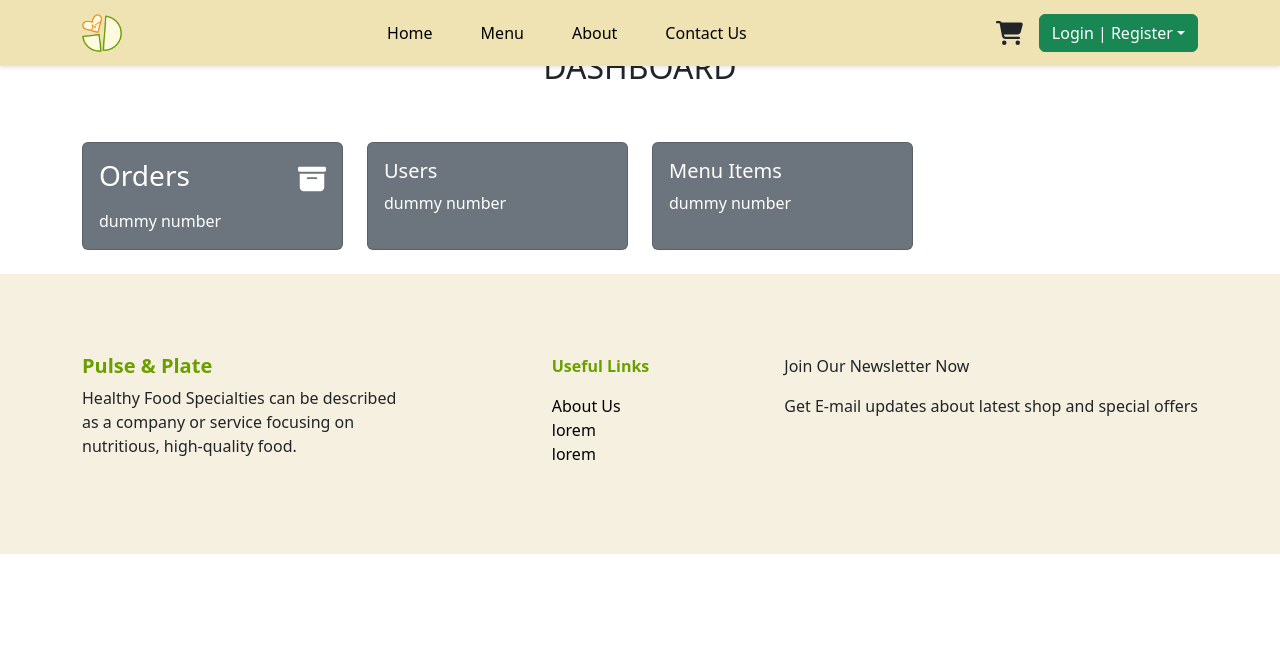
Repository: zeinawady/Pulse-and-Plate
Page: /dashboard
These files come from the project's save history. The page is drawn as it stood at one moment and after a run of saves; the edit follows.
The browser window is 1280 px wide. The pictures show the whole page.
The project was rebuilt for these pictures with package versions that can differ from the ones it lists, and the page was loaded fresh each time. Also part of the build but not shown: src/components/Main/Main.css, src/components/Main/Main.js, src/components/Menu/MealCard.css, src/components/Menu/MealCard.js, src/components/Menu/Categories.css, src/components/Menu/Categories.js, src/components/Menu/Menu.css, src/components/Menu/Menu.js and 21 more.

Above is the page before, as saved 2025-05-15 18:52:00.

### public/index.html
<!DOCTYPE html>
<html lang="en">
  <head>
    <meta charset="utf-8" />
    <link rel="icon" href="%PUBLIC_URL%/images/logo-trans.png" />
    <meta name="viewport" content="width=device-width, initial-scale=1" />
    <meta name="theme-color" content="#000000" />
    <meta
      name="description"
      content="Web site created using create-react-app"
    />
    <link rel="apple-touch-icon" href="%PUBLIC_URL%/images/logo-trans.png" />
    <!--
      manifest.json provides metadata used when your web app is installed on a
      user's mobile device or desktop. See https://developers.google.com/web/fundamentals/web-app-manifest/
    -->
    <link rel="manifest" href="%PUBLIC_URL%/manifest.json" />
    <!--
      Notice the use of %PUBLIC_URL% in the tags above.
      It will be replaced with the URL of the `public` folder during the build.
      Only files inside the `public` folder can be referenced from the HTML.

      Unlike "/favicon.ico" or "favicon.ico", "%PUBLIC_URL%/favicon.ico" will
      work correctly both with client-side routing and a non-root public URL.
      Learn how to configure a non-root public URL by running `npm run build`.
    -->
    <title>Pulse And Plate</title>
  </head>
  <body>
    <noscript>You need to enable JavaScript to run this app.</noscript>
    <div id="root"></div>
    <!--
      This HTML file is a template.
      If you open it directly in the browser, you will see an empty page.

      You can add webfonts, meta tags, or analytics to this file.
      The build step will place the bundled scripts into the <body> tag.

      To begin the development, run `npm start` or `yarn start`.
      To create a production bundle, use `npm run build` or `yarn build`.
    -->
  </body>
</html>

### src/index.js
import React from 'react';
import ReactDOM from 'react-dom/client';
import './index.css';
import App from './App';
import reportWebVitals from './reportWebVitals';
import 'bootstrap/dist/css/bootstrap.min.css';
import '@fortawesome/fontawesome-free/css/all.min.css';
import 'bootstrap/dist/css/bootstrap.min.css';
import './fontAwesome';
import { BrowserRouter } from 'react-router-dom';

const root = ReactDOM.createRoot(document.getElementById('root'));
root.render(
  <React.StrictMode>
    <BrowserRouter>
      <App />
    </BrowserRouter>
  </React.StrictMode>
);

// If you want to start measuring performance in your app, pass a function
// to log results (for example: reportWebVitals(console.log))
// or send to an analytics endpoint. Learn more: https://bit.ly/CRA-vitals
reportWebVitals();

### src/App.js
import React from "react";
import "./App.css";
import Home from "./components/Home/Home";
import Footer from "./components/Footer/Footer";
import { Routes, Route } from "react-router-dom";

import Header from "./components/Header/Header";
import About from "./components/About/About";
import Menu from "./components/Menu/Menu";
import ContactUs from "./components/ContactUs/ContactUs";
import Login from "./components/Login/Login";
import SignUp from "./components/SignUp/SignUp";
import UserProfile from "./components/UserProfile/UserProfile";
import { UserProvider } from "./UserContext";
import ProductInfo from "./components/ProductInfo/ProductInfo";
import PaymentPage from "./components/PaymentPage/PaymentPage";
import AdminProfile from "./components/AdminProfile/AdminProfile";
import Dashboard from "./components/Dashboard/Dashboard";

function App() {
  return (
    <UserProvider>
      <div>
        <Header />
        <Routes>
          <Route path="/" element={<Home />} />
          <Route path="/home" element={<Home />} />
          <Route path="/about" element={<About />} />
          <Route path="/menu" element={<Menu />} />
          <Route path="/category" element={<Menu />} />
          <Route path="/login" element={<Login />} />
          <Route path="/register" element={<SignUp />} />
          <Route path="/userAccount" element={<UserProfile />} />
          <Route path="/contactus" element={<ContactUs />} />
          <Route path="/product-info" element={<ProductInfo />} />
          <Route path="/PaymentPage" element={<PaymentPage />} />
          <Route path="/admin-profile" element={<AdminProfile />} />
          <Route path="/dashboard" element={<Dashboard />} />
        </Routes>

        <Footer />
      </div>
    </UserProvider>
  );
}

export default App;

### src/fontAwesome.js
// src/fontAwesome.js
import { library } from '@fortawesome/fontawesome-svg-core';
import {
    faUser,
    faCartShopping,
    faHome,
    faEnvelope,
    faSearch,
    faConciergeBell,
     faPercent,
     faTruckFast,
     faCarrot,
    // Add any other icons you need here
} from '@fortawesome/free-solid-svg-icons';

// Add icons to the library
library.add(
    faUser,
    faCartShopping,
    faHome,
    faEnvelope,
    faSearch,
    faConciergeBell,
    faPercent,
    faTruckFast,
    faCarrot,

    // Add any other icons you need here
);

### src/App.css
@font-face {
  font-family: "Lato";
  src: url("../public/Fonts/Lato/Lato-Black.ttf") format("truetype");
}

:root {
  --primary-color: #6b9f00;
  --secondary-color: #ef9025;
  --light-color: hsl(47, 66%, 82%);
  --text-color: #000000;
  --font-family: "Lato", sans-serif;
  --sections-padding: 5rem;
}

body {
  margin: 0;
  padding: 0;
  border: none !important;
  outline: none !important;
  font-family: var(--font-family);
  font-weight: 500;
  -webkit-font-smoothing: antialiased;
  -moz-osx-font-smoothing: grayscale;
  background-color: #eee;

}
a{
  text-decoration: none;
}

### src/components/Footer/Footer.js
import "../../App";

import "./Footer.css";
import { Container } from "react-bootstrap";
import Button from "react-bootstrap/Button";
import { FontAwesomeIcon } from "@fortawesome/react-fontawesome";


export default function Footer() {
    return (
        <footer>
            <Container fluid="md">
            <div className="wrapper-footer">
                <div className="info">
                    <h5>Pulse & Plate</h5>
                    <p>Healthy Food Specialties can be described as a company or service focusing on nutritious, high-quality food. </p>
                </div>
                <div className="links">
                    <p >Useful Links</p>
                    <a href="#">About Us</a>
                    <a href="#">lorem</a>
                    <a href="#">lorem</a>
                </div>
                <div>
                    <p>Join Our Newsletter Now </p>
                    <p>Get E-mail updates about latest shop and special offers </p>
                </div>
            </div>
            </Container>
        </footer>
    );
}

### src/components/Header/Header.js
import React from 'react';
import './Header.css';
import '../../App';
import { Link, NavLink, useNavigate } from 'react-router-dom';
import { useUser } from "../../UserContext";

// React Bootstrap
import Container from 'react-bootstrap/Container';
import Nav from 'react-bootstrap/Nav';
import Navbar from 'react-bootstrap/Navbar';
import Dropdown from 'react-bootstrap/Dropdown';

// Font Awesome
import { FontAwesomeIcon } from '@fortawesome/react-fontawesome';
import { faCartShopping } from '@fortawesome/free-solid-svg-icons';

export default function Header() {
    const { user, setUser } = useUser();
    const navigate = useNavigate();

    const handleLogout = () => {
        navigate('/login');
        localStorage.removeItem("user");
        localStorage.removeItem("token");
        setUser(null);
    };

    return (
        <Navbar expand="md" className="fixed-top">
            <Container fluid="md">
                <Navbar.Brand as={Link} to="/home">
                    <img
                        src="/images/logo-trans.png"
                        width="40"
                        height="40"
                        className="d-inline-block align-top"
                        alt="React Bootstrap logo"
                    />
                </Navbar.Brand>

                <Navbar.Toggle aria-controls="basic-navbar-nav" />
                <Navbar.Collapse id="basic-navbar-nav">
                    <Nav className="me-auto ms-auto">
                        <Nav.Link as={NavLink} to="/home">Home</Nav.Link>
                        <Nav.Link as={NavLink} to="/menu">Menu</Nav.Link>
                        <Nav.Link as={NavLink} to="/about">About</Nav.Link>
                        <Nav.Link as={NavLink} to="/contactus">Contact Us</Nav.Link>
                    </Nav>

                    <div className="icons d-flex align-items-center gap-3">
                        <FontAwesomeIcon icon={faCartShopping} size="lg" />

                        <Dropdown align="end">
                            <Dropdown.Toggle variant="success" id="dropdown-user">
                                {user?.name ? user.name.split(" ")[0] : "Login | Register"}
                            </Dropdown.Toggle>

                            <Dropdown.Menu>
                                {user?.name ? (
                                    <>
                                        <Dropdown.Item as={Link} to="/userAccount">Profile</Dropdown.Item>
                                        <Dropdown.Item onClick={handleLogout}>Logout</Dropdown.Item>
                                    </>
                                ) : (
                                    <>
                                        <Dropdown.Item as={Link} to="/login">Login</Dropdown.Item>
                                        <Dropdown.Item as={Link} to="/register">Register</Dropdown.Item>
                                    </>
                                )}
                            </Dropdown.Menu>
                        </Dropdown>
                    </div>
                </Navbar.Collapse>
            </Container>
        </Navbar>
    );
}

### src/UserContext.jsx
import { createContext, useContext, useState } from 'react';

const UserContext = createContext();

export function UserProvider({ children }) {
  const [user, setUser] = useState(() => {
    const stored = localStorage.getItem('user');
    return stored ? JSON.parse(stored) : null;
  });

  const updateUser = (updatedUser) => {
    localStorage.setItem('user', JSON.stringify(updatedUser));
    setUser(updatedUser);
  };

  return (
    <UserContext.Provider value={{ user, setUser: updateUser }}>
      {children}
    </UserContext.Provider>
  );
}

export function useUser() {
    return useContext(UserContext);
}

### src/components/Dashboard/Dashboard.js
import React from "react";
import "../../App";
import "./Dashboard.css";
import { BsFillArchiveFill } from "react-icons/bs";
export default function Dashboard() {
  return (
    <div className="main-container container">
      <h2 className="text-center p-5">DASHBOARD</h2>

      <div className="row g-4 mb-4">

        <div className="col-md-3 col-sm-6">
          <div className="card text-white bg-secondary h-100">
            <div className="card-body">
              <div className="card-inner">
                <div className="card-title d-flex justify-content-between">
                  <h3>Orders</h3>
                  <h3 className="card_icon ">
                    <BsFillArchiveFill />
                  </h3>
                </div>
                dummy number
              </div>
            </div>
          </div>
        </div>
        <div className="col-md-3 col-sm-6">
          <div className="card text-white bg-secondary h-100">
            <div className="card-body">
              <h5 className="card-title">Users</h5>
              <p className="card-text">dummy number</p>
            </div>
          </div>
        </div>

        <div className="col-md-3 col-sm-6">
          <div className="card text-white bg-secondary h-100">
            <div className="card-body">
              <h5 className="card-title">Menu Items</h5>
              <p className="card-text">dummy number</p>
            </div>
          </div>
        </div>
      </div>
    </div>
  );
}

### src/components/Footer/Footer.css
footer{
    background-color: hsla(47, 53%, 90%, 0.822);
    padding-block-start: var(--sections-padding);
    padding-block-end: var(--sections-padding);
}
.wrapper-footer{
    display: flex;
    justify-content: space-between;

}
.wrapper-footer .info{
  width: 30%;

}
.wrapper-footer .info h5{
    color: var(--primary-color);
    font-weight: 700;
}
.links>p:first-child{
font-weight: 700;
color: var(--primary-color);

}
.links{
    display: flex;
    flex-direction: column;
}
.links a{
    text-decoration: none;
    color: var(--text-color);
}
@media (max-width: 767px) {
    .wrapper-footer{
       flex-direction: column;
    }
    .wrapper-footer .info{
        width: 100%;
      }

}

### src/components/Header/Header.css
.navbar {
    box-shadow: 0 2px 4px rgba(0, 0, 0, 0.1);
    /* background-color: rgba(254, 250, 225, 0.3);
     */
     background-color: var(--light-color);
     z-index: 100;
}

.navbar-nav .nav-link,
.dropdown-menu .dropdown-item {
    color: var(--text-color);
}


/* * --> all children */
.navbar .nav-link {
    padding: 0 1.5rem !important;
    text-align: center;
}

@media (max-width: 767px) {
    .navbar .nav-link {
        padding: 0.5rem 0 !important;
    }

    .icons>svg {
        padding-top: 0.5rem;
        margin: auto;
        font-size: 1.25rem;
    }
}

.icons {
    display: flex;
    gap: 1.5rem;
}

.icons svg {
    font-size: 1.5rem;
}

.navbar-toggler {
    border: none !important;
}

.navbar-toggler:focus {
    box-shadow: none !important;
}

@media (max-width: 767px) {

    /* .navbar .dropdown-menu {
                position: absolute !important;
                top: 80% !important;
                left: 35% !important;
                background-color: var(--light-color);
                right: 0;
                width: 100%;
                z-index: 1050;
            } */
    .navbar-nav {
        .dropdown-menu {
            width: 50%;
            margin: auto;
            text-align: center;
        }

        /* .dropdown-menu[data-bs-popper] {
            top: 100%;
            left: 50%;
            transform: translateX(-50%);
        } */

        /* .nav-item,
        .nav-link {
            text-align: center;
        } */
    }
}

@media (max-width: 441px) {
    .navbar-nav {
        .dropdown-menu {
            width: 35%;
        }
    }
}

### src/components/PaymentPage/PaymentPage.css
:root {
    --primary-color: #6b9f00;
    --secondary-color: #ef9025;
    --light-color: #efe2b3;
    --secondary-light-color: #FDFAE0;
    --text-color: #000000;
    --font-family: "Lato", sans-serif;
    --sections-padding: 5rem;
    --section-margin: 60px;
    /* This variable can be used or adjusted for header height */
}

body {
    margin: 0;
    padding: 0;
    border: none !important;
    outline: none !important;
    font-family: var(--font-family);
    font-weight: 500;
    -webkit-font-smoothing: antialiased;
    -moz-osx-font-smoothing: grayscale;
    background-color: #eee;
    color: var(--text-color);
}

.payment-page a {
    text-decoration: none;
    color: var(--primary-color);
}


/* Main container */
.payment-page.container {
    max-width: 960px;
    margin: 100px;
    padding: var(--sections-padding) 30px;
    background-color: var(--secondary-light-color);
    border-radius: 10px;
    box-shadow: 0 4px 15px rgba(107, 159, 0, 0.3);

}

/* Card style */
.payment-page .card {
    background: var(--light-color);
    border-radius: 12px;
    box-shadow: 0 6px 20px rgba(0, 0, 0, 0.1);
    padding: 30px;
    margin-bottom: 30px;
}

/* Card header */
.payment-page .card-header {
    font-weight: 700;
    font-size: 1.5rem;
    color: var(--primary-color);
    border-bottom: 3px solid var(--secondary-color);
    padding-bottom: 15px;
    margin-bottom: 25px;
}

/* Order Summary Items */
.payment-page .card-body>div.d-flex {
    font-size: 1.1rem;
    justify-content: space-between;
    padding: 8px 0;
    border-bottom: 1px solid var(--secondary-light-color);
}

.payment-page .card-body>hr+div {
    font-weight: 700;
    font-size: 1.25rem;
    color: var(--primary-color);
    padding-top: 10px;
}

/* Form headings */
.payment-page h4,
.payment-page h5 {
    color: var(--primary-color);
    margin-bottom: 20px;
    font-weight: 700;
}

/* Form labels */
.payment-page .form-label {
    font-weight: 600;
    color: var(--text-color);
}

/* Input fields */
.payment-page .form-control {
    border-radius: 8px;
    border: 2px solid var(--primary-color);
    padding: 10px 15px;
    font-family: var(--font-family);
    font-weight: 500;
    font-size: 1rem;
    transition: border-color 0.3s ease;
    color: var(--text-color);
    background-color: #fff;
}

.payment-page .form-control:focus {
    border-color: var(--secondary-color) !important;
    box-shadow: 0 0 8px var(--secondary-color) !important;
    outline: none;
}

/* Validation feedback */
.payment-page .is-invalid {
    border-color: #dc3545 !important;
}

.payment-page .is-invalid:focus {
    box-shadow: 0 0 8px rgba(220, 53, 69, 0.5);
}

.payment-page .invalid-feedback {
    font-size: 0.9rem;
    color: #dc3545;
    margin-top: 6px;
}

/* Radio buttons */
.payment-page .form-check-label {
    font-size: 1rem;
    color: var(--text-color);
}


.payment-page button:hover {
    background-color: var(--secondary-color);
}

/* Submit button - This existing style will override the general button style for submit buttons where properties differ */
.payment-page button[type="submit"] {
    background-color: var(--primary-color);
    /* This is fine, can be more specific if needed */
    border: none;
    color: white;
    font-weight: 700;
    /* Specific to submit */
    padding: 14px 32px;
    /* Specific to submit */
    border-radius: 8px;
    cursor: pointer;
    font-size: 1.1rem;
    /* Specific to submit */
    transition: background-color 0.3s ease;
    box-shadow: 0 5px 15px rgba(107, 159, 0, 0.2);
    /* Specific to submit */
}

.payment-page button[type="submit"]:hover {
    background-color: var(--secondary-color);
    box-shadow: 0 6px 20px rgba(239, 144, 37, 0.3);
    /* Specific to submit */
}

/* Responsive */
@media (max-width: 768px) {
    .payment-page.container {
        padding: 3rem 15px;
        margin-top: 60px;
        /* Adjusted margin for smaller screens if header is smaller or fixed differently */
    }

        .payment-page .row>div {
        margin-bottom: 25px;
    }
}

Loaded but not shown: src/index.css (common file); src/reportWebVitals.js (common file)

After the next 4 saves:
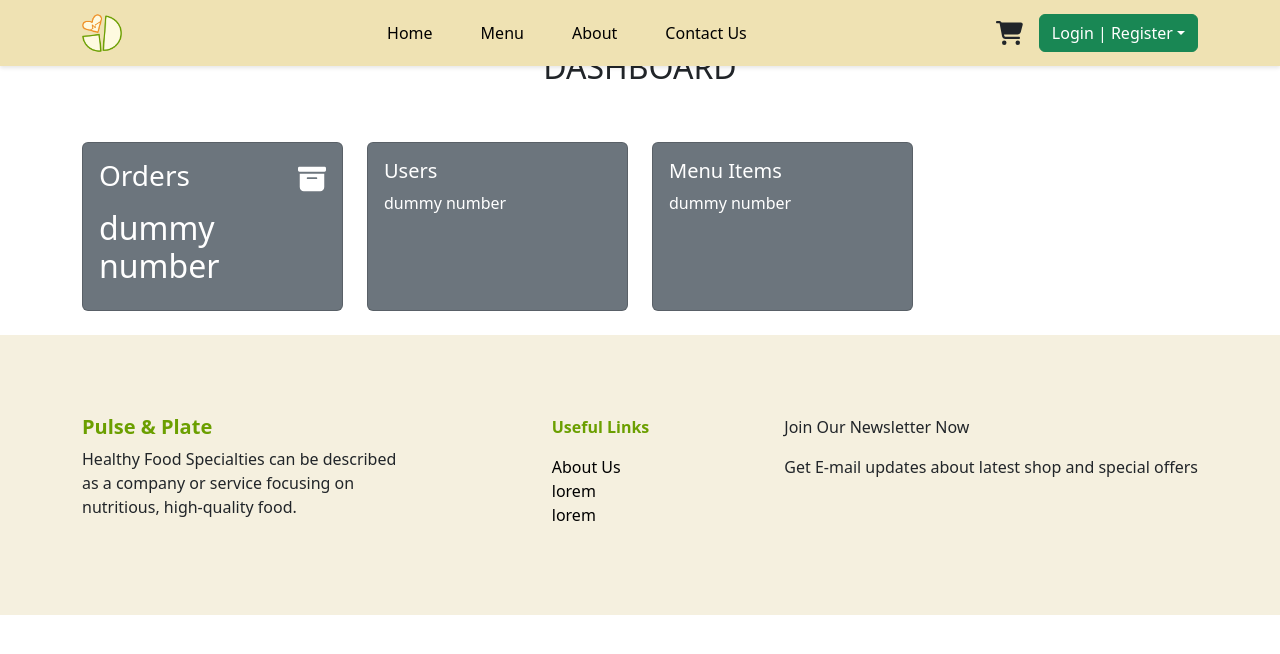
The 4 saves are shown as one change because they came seconds apart.
The last was saved 32 s later.
--- a/src/components/Dashboard/Dashboard.js
+++ b/src/components/Dashboard/Dashboard.js
@@ -19,7 +19,7 @@ export default function Dashboard() {
                     <BsFillArchiveFill />
                   </h3>
                 </div>
-                dummy number
+                  <h2>dummy number</h2>
               </div>
             </div>
           </div>
